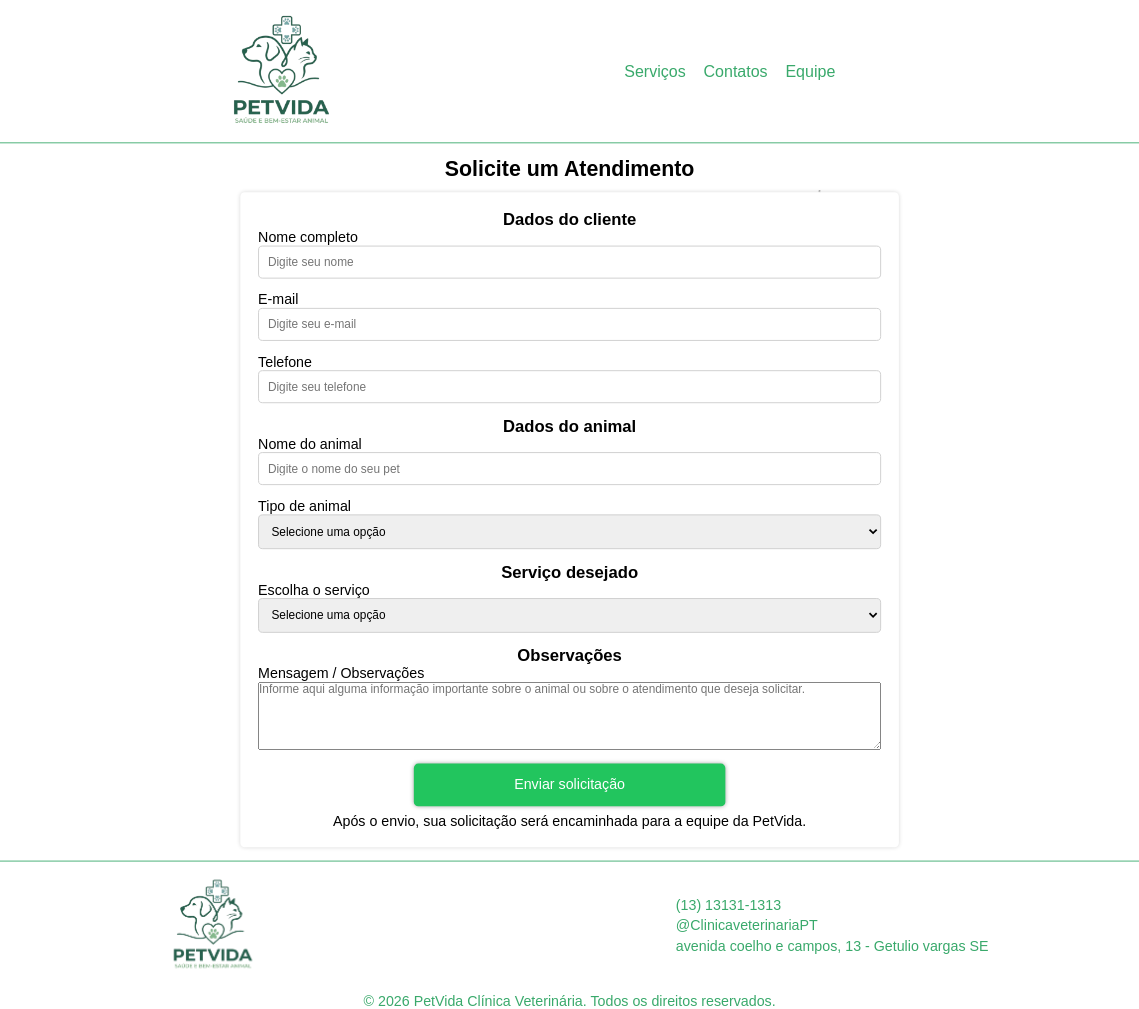
Repository: antonymsantana-design/Veterinario
Page: contatos.html
An editor plug-in stored every save of this project. The page is shown before and after a run of saves, followed by the edit.
The browser window is 1280 px wide. The pictures show the whole page, at 89% of full size.

Above is the page before, as saved 2026-10-03 19:17:06.

### contatos.html
<!doctype html>
<html lang="pt-br">
  <head>
    <meta charset="UTF-8" />
    <meta name="viewport" content="width=device-width, initial-scale=1.0" />
    <title>Cebola Hair</title>
    <link rel="stylesheet" href="style.css" />
    <script src="script3.js" defer></script>
  </head>
  <header>
    <div class="conteudoH" id="conteudoH">
      <div class="imagem" id="imagem">
        <img src="image/logo.png" alt="logo" class="logoIMG" id="logoIMG" />
      </div>
      <div class="direitaH">
        <div class="links" id="links">
          <a href="serviços.html" class="aLinks" id="servA">Serviços</a>
          <a href="CONTATOS.HTML" class="aLinks" id="contatosA">Contatos</a>
          <a href="Team.html" class="aLinks" id="contatosA">Equipe</a>
        </div>
      </div>
    </div>
  </header>

  <body>
    <h2 class="Our" id="servicosT">Solicite um Atendimento</h2>
    <hr />

    <div class="context">
    <form
      action="https://formsubmit.co/antony.m.santana@aluno.senai.br"
      method="POST"
    >

      <h3>Dados do cliente</h3>

      <div class="campo">
        <label for="nome">Nome completo</label>
        <input
          type="text"
          name="nome"
          id="nome"
          placeholder="Digite seu nome"
          required
        />
      </div>

      <div class="campo">
        <label for="email">E-mail</label>
        <input
          type="email"
          name="email"
          id="email"
          placeholder="Digite seu e-mail"
          required
        />
      </div>

      <div class="campo">
        <label for="telefone">Telefone</label>
        <input
          type="tel"
          name="telefone"
          id="telefone"
          placeholder="Digite seu telefone"
          required
        />
      </div>

      <h3>Dados do animal</h3>

      <div class="campo">
        <label for="animal">Nome do animal</label>
        <input
          type="text"
          name="animal"
          id="animal"
          placeholder="Digite o nome do seu pet"
          required
        />
      </div>

      <div class="campo">
        <label for="tipo">Tipo de animal</label>

        <select name="tipo_animal" id="tipo" required>
          <option value="">Selecione uma opção</option>
          <option value="Cachorro">Cachorro</option>
          <option value="Gato">Gato</option>
          <option value="Outro">Outro</option>
        </select>
      </div>

      <h3>Serviço desejado</h3>

      <div class="campo">
        <label for="servico">Escolha o serviço</label>

        <select name="servico" id="servico" required>
          <option value="">Selecione uma opção</option>
          <option value="Consulta veterinária">Consulta veterinária</option>
          <option value="Vacinação">Vacinação</option>
          <option value="Banho e tosa">Banho e tosa</option>
          <option value="Exames laboratoriais">Exames laboratoriais</option>
          <option value="Atendimento de emergência">
            Atendimento de emergência
          </option>
          <option value="Acompanhamento veterinário">
            Acompanhamento veterinário
          </option>
        </select>
      </div>

      <h3>Observações</h3>

      <div class="campo">
        <label for="mensagem">Mensagem / Observações</label>

        <textarea
          name="mensagem"
          id="mensagem"
          rows="5"
          placeholder="Informe aqui alguma informação importante sobre o animal ou sobre o atendimento que deseja solicitar."
        ></textarea>
      </div>

      <input
        type="hidden"
        name="_next"
        value="http://127.0.0.1:5500/sucsses.html"
      />

      <button type="submit" class="buto">Enviar solicitação</button>

      <p class="texto-form">
        Após o envio, sua solicitação será encaminhada para a equipe da PetVida.
      </p>
    </form>
    </div>
  </body>
  <footer id="footer">
    <div class="cimaF">
      <div class="direita">
        <img src="image/logo.png" alt="logo" class="logoIMGF" id="logoIMG" />
      </div>

      <div class="esquerda">
        <p>(13) 13131-1313</p>
        <p>@ClinicaveterinariaPT</p>
        <p>avenida coelho e campos, 13 - Getulio vargas SE</p>
      </div>
    </div>
    <div class="baixoF">
      <p>© 2026 PetVida Clínica Veterinária. Todos os direitos reservados.</p>
    </div>
  </footer>
</html>

### style.css
* {
  padding: 0px;
  margin: 0px;
  font-family: Arial, Helvetica, sans-serif;
}

header {
  background-color: #ffffff;
  height: 160px;
  display: flex;
  justify-content: center;
  align-items: center;
  border-bottom: 1px solid #39a96b;
}

.conteudoH {
  display: flex;
  justify-content: center;
  align-items: center;
  gap: 300px;
}

.imagem {
  margin-left: 20px;
  margin-top: 5px;
  display: flex;
  justify-content: center;
  align-items: center;
  gap: 30px;
  font-weight: 600;
  font-size: 22px;
}

.logoIMG {
  width: 170px;
  margin-bottom: 10px;
  cursor: pointer;
}

.logoH {
  color: white;
}

.links {
  display: flex;
  gap: 20px;
  justify-content: center;
  padding-right: 130px;
  font-size: 18px;
}

.links a {
  text-decoration: none;
  color: #39a96b;
  transition: 0.5s ease;
}

.aLinks:hover {
  transform: translateY(-5px);
  box-shadow: 0 4px 10px rgba(0, 0, 0, 0.15);
  background-color: #39a96b;
  color: #f5f5f5;
  border-radius: 5px;
  width: 120px;
  height: 30px;
  display: flex;
  justify-content: center;
  align-items: center;
}

.btnDiv {
  display: flex;
}

.btn {
  display: flex;
  justify-content: center;
  width: 140px;
  height: 50px;
  background-color: #22c55e;
  border: none;
  color: white;
  align-items: center;
  border-radius: 8px;
  transition: 0.3s ease;
  cursor: pointer;
  font-size: 14px;
}

.btn:hover {
  transform: translateY(-5px);
  box-shadow: 0 8px 15px rgba(0, 0, 0, 0.4);
}

.direitaH {
  display: flex;
  justify-content: center;
  align-items: center;
}

.conteudo {
  background-image: url(image/Cuidando\ de\ Quem\ Amamos.png);
  background-repeat: no-repeat;
  background-size: cover;
  background-position: center;
  height: 80vh;
  color: white;
}

.card {
  background-color: #fdeec7;
  width: 270px;
  height: 220px;
  display: flex;
  flex-direction: column;
  justify-content: center;
  align-items: center;
  border-radius: 5px;
}

.cards {
  display: flex;
  justify-content: center;
  gap: 40px;
  padding-top: 20px;
  padding-bottom: 20px;
}

.card h4 {
  color: #22c55e;
}

.icone {
  width: 120px;
  height: 120px;
  padding-bottom: 10px;
}

.Our {
  padding-top: 15px;
  text-align: center;
  padding-bottom: 10px;
}

hr {
  color: #22c55e;
  text-align: center;
  margin-left: 920px;
  margin-right: 920px;
}

.agendar {
  display: flex;
  justify-content: space-around;
  align-items: center;
  padding-bottom: 20px;
}

.form {
  background-color: #ecf2f7;
  width: 600px;
  height: 300px;
  border-radius: 7px;
  display: flex;
  justify-content: center;
  flex-direction: column;
}

.formCima {
  padding-top: 20px;
  display: flex;
  justify-content: center;
  align-items: center;
  flex-direction: column;
}

.quadrado {
  display: grid;
  justify-content: center;
  grid-template-columns: repeat(2, 200px);
  gap: 30px;
  column-gap: 70px;
  margin-right: 40px;
}

.esq {
  font-size: 25px;
}

footer {
  display: flex;
  justify-content: center;
  align-items: center;
  flex-direction: column;
  background-color: #ffffff;
  color: #39a96b;
  border-top: 1px solid #39a96b;
}

.AbH2 {
  padding-left: 20px;
  padding-right: 20px;
  padding-bottom: 10px;
  padding-top: 10px;
  text-align: center;
}

.AbH3 {
  padding-left: 20px;
  padding-right: 20px;
  padding-bottom: 10px;
  padding-top: 10px;
  text-align: center;
  margin-left: 425px;
  margin-right: 425px;
}

.topc {
  display: flex;
  justify-content: center;
  align-items: center;
  flex-direction: column;
  text-align: center;
  max-width: 350px;
}

.topics {
  display: flex;
  justify-content: center;
  gap: 100px;
  padding-bottom: 25px;
}

.topcIMG {
  width: 290px;
  height: 260px;
  border-radius: 25px;
  cursor: pointer;
  padding-bottom: 10px;
  padding-top: 10px;
}

.topcH {
  padding-bottom: 10px;
}

.cimaF {
  display: flex;
  justify-content: center;
  gap: 450px;
  align-items: center;
  margin-bottom: 4px;
}

.logoIMGF {
  width: 140px;
  cursor: pointer;
}

.esquerda {
  display: flex;
  flex-direction: column;
  gap: 5px;
}

.formu {
  width: 240px;
  height: 30px;
  border-radius: 5px;
  border: none;
}

.forms {
  width: 500px;
  height: 30px;
  border-radius: 5px;
  border: none;
}

.agendarbtn {
  display: flex;
  justify-content: center;
  align-items: center;
  width: 512px;
  height: 40px;
  background-color: #22c55e;
  border: none;
  color: white;
  border-radius: 8px;
  transition: 0.3s ease;
  cursor: pointer;
  margin-top: 15px;
}

.agendarbtn:hover {
  transform: translateY(-5px);
}

.btnAgendar {
  display: flex;
  justify-content: center;
  align-items: center;
}

/*pagina de serviços*/

.primeiro {
  background-color: #f0f9f4;
  width: 300px;
  padding-bottom: 13px;
  margin-left: 20px;
  text-align: center;
  padding-top: 13px;
  flex-wrap: wrap;
  border-radius: 15px;
}

.cards {
  display: grid;
  justify-content: center;
  grid-template-columns: repeat(3, 400px);
  gap: 50px;
  padding-bottom: 15px;
}
.cards .primeiro img {
  width: 250px;
  height: 250px;
  border-radius: 15px;
}
h1 {
  text-align: center;
  margin-top: 20px;
  margin-bottom: 20px;
}
.texto {
  color: #3c2415;
}
.preco {
  color: #e4c8a4;
}

form {
  display: flex;
  flex-direction: column;
  align-items: center;
  justify-content: center;
  box-shadow: 0px 0px 5px rgba(0, 0, 0, 0.16);
  padding: 20px;
  width: 700px;
  margin: 0 auto;
  border-radius: 5px;
  margin-bottom: 15px;
}

.campo{
    display: flex;
    flex-direction: column;
    margin-bottom: 15px;
    width: 100%;
}

input, select{
    padding: 10px;
    border-radius: 5px;
    border: 1px solid #ccc;
}

.buto{
    padding: 15px;
    background-color: #22c55e;
    width: 50%;
    border: none;
    border-radius: 5px;
    color: white;
    cursor:pointer;
    font-size: 16px;
    font-weight: lighter;
    margin-bottom: 8px;
     box-shadow: 0px 0px 5px rgba(0, 0, 0, 0.367);
}




/* celular */

@media (max-width: 768px) {
  /* header */
  header {
    height: auto;
    padding: 10px 0;
  }

  .conteudoH {
    flex-direction: column;
    padding-right: 0;
    gap: 15px;
  }

  .imagem {
    margin-left: 0;
    margin-top: 0;
    gap: 10px;
  }

  .logoIMG {
    width: 80px;
    height: 80px;
  }

  .logoH {
    font-size: 20px;
  }

  .direitaH {
    flex-direction: column;
    gap: 15px;
  }

  .links {
    padding-right: 0;
    font-size: 16px;
  }

  .conteudo {
    height: 400px;
  }

  .texto {
    padding-left: 25px;
    padding-right: 25px;
    height: 400px;
    font-size: 25px;
  }

  .texto small {
    font-size: 14px;
  }

  .Our {
    font-size: 25px;
  }

  hr {
    margin-left: 30%;
    margin-right: 30%;
  }

  .cards {
    flex-direction: column;
    align-items: center;
    gap: 20px;
  }

  .card {
    width: 80%;
    max-width: 270px;
  }

  .agendar {
    flex-direction: column;
    gap: 30px;
    padding: 30px 20px;
  }

  .esq {
    font-size: 18px;
    text-align: center;
  }

  .esq h1 {
    font-size: 28px;
  }

  .esq p {
    font-size: 15px;
  }

  .form {
    width: 100%;
    max-width: 600px;
    height: auto;
    padding: 20px 0;
  }

  .forms {
    width: 80%;
  }

  .quadrado {
    grid-template-columns: 1fr;
    gap: 15px;
    margin-right: 0;
  }

  .formu {
    width: 80%;
  }

  .quadrado > div {
    width: 100%;
    text-align: center;
  }

  .quadrado label {
    display: block;
    margin-bottom: 5px;
  }

  .agendarbtn {
    width: 80%;
  }

  footer {
    flex-direction: column;
    gap: 20px;
    padding: 20px;
    text-align: center;
  }

  .esquerda {
    align-items: center;
  }
}

Loaded but not shown: script3.js (no stored copy; drawn as an empty file)

After the next 3 saves:
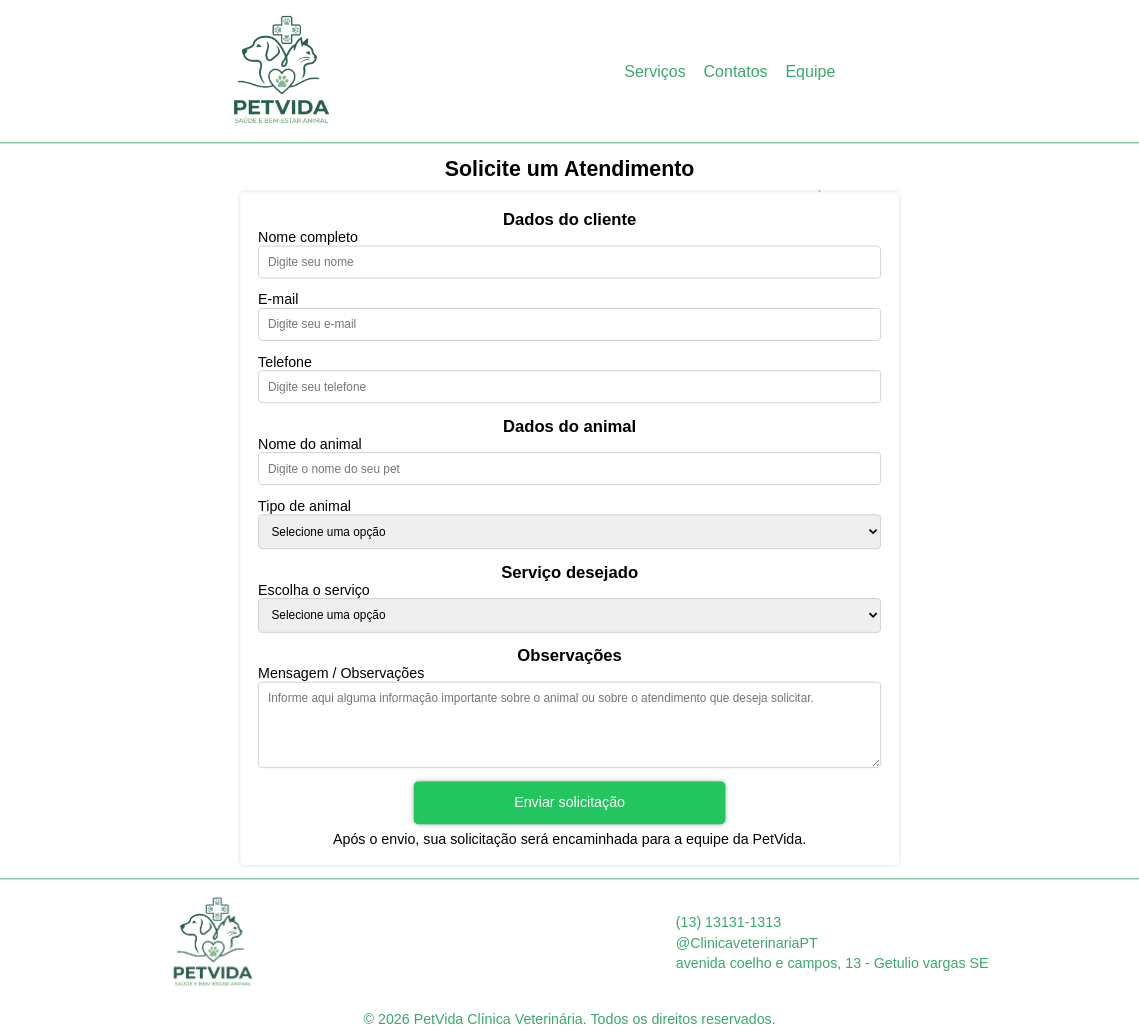
The 3 saves are shown as one change because they came seconds apart.
The last was saved 49 s later.
--- a/style.css
+++ b/style.css
@@ -359,7 +359,7 @@ form {
     width: 100%;
 }
 
-input, select{
+input, select, textarea{
     padding: 10px;
     border-radius: 5px;
     border: 1px solid #ccc;
